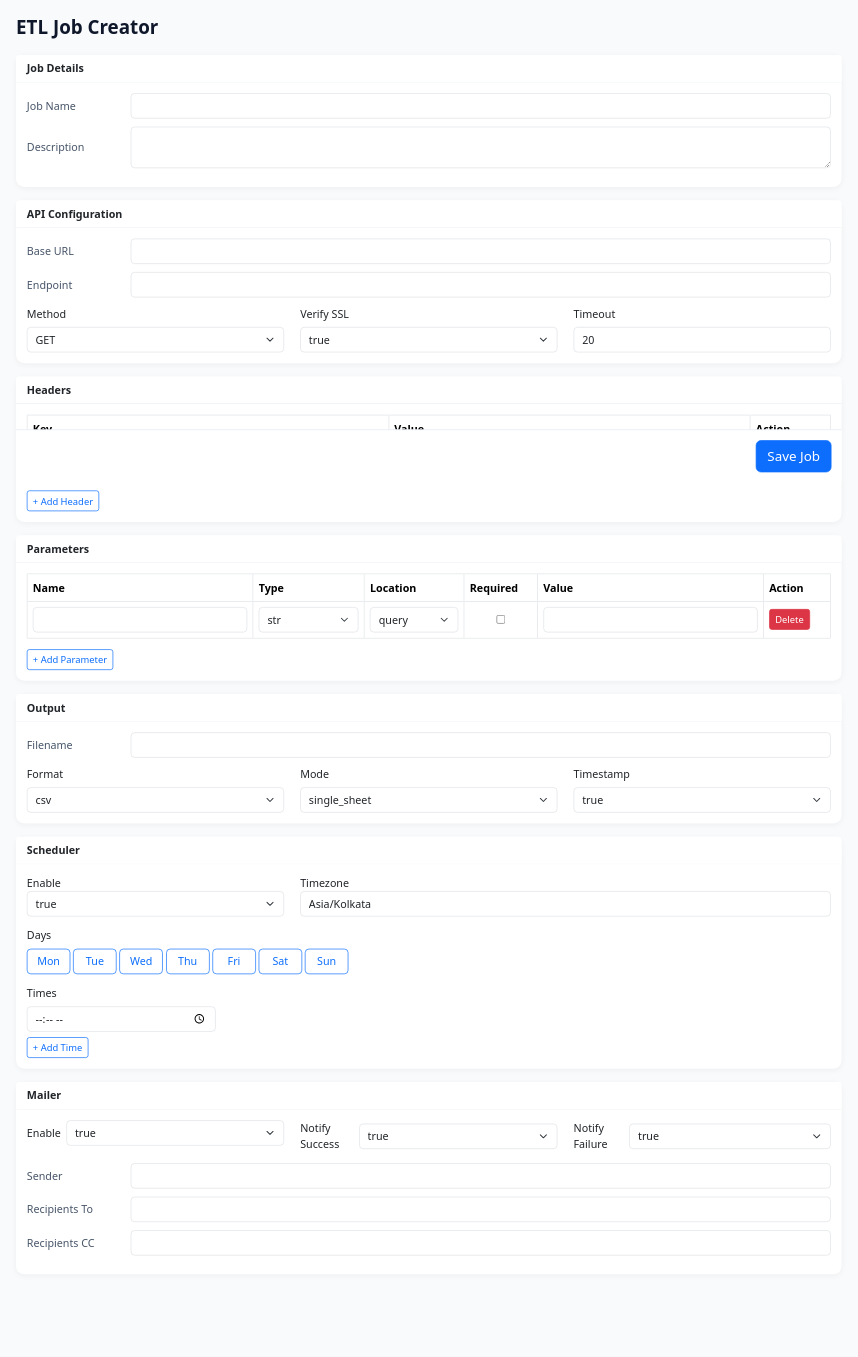
Repository: C0sCube/fetchapi
Page: example.html
An editor plug-in stored every save of this project. The page is shown before and after the next save, followed by the edit.
The browser window is 1280 px wide. The pictures show the whole page, at 67% of full size.

Above is the page before, as saved 2026-06-09 23:40:35.

After the next save:
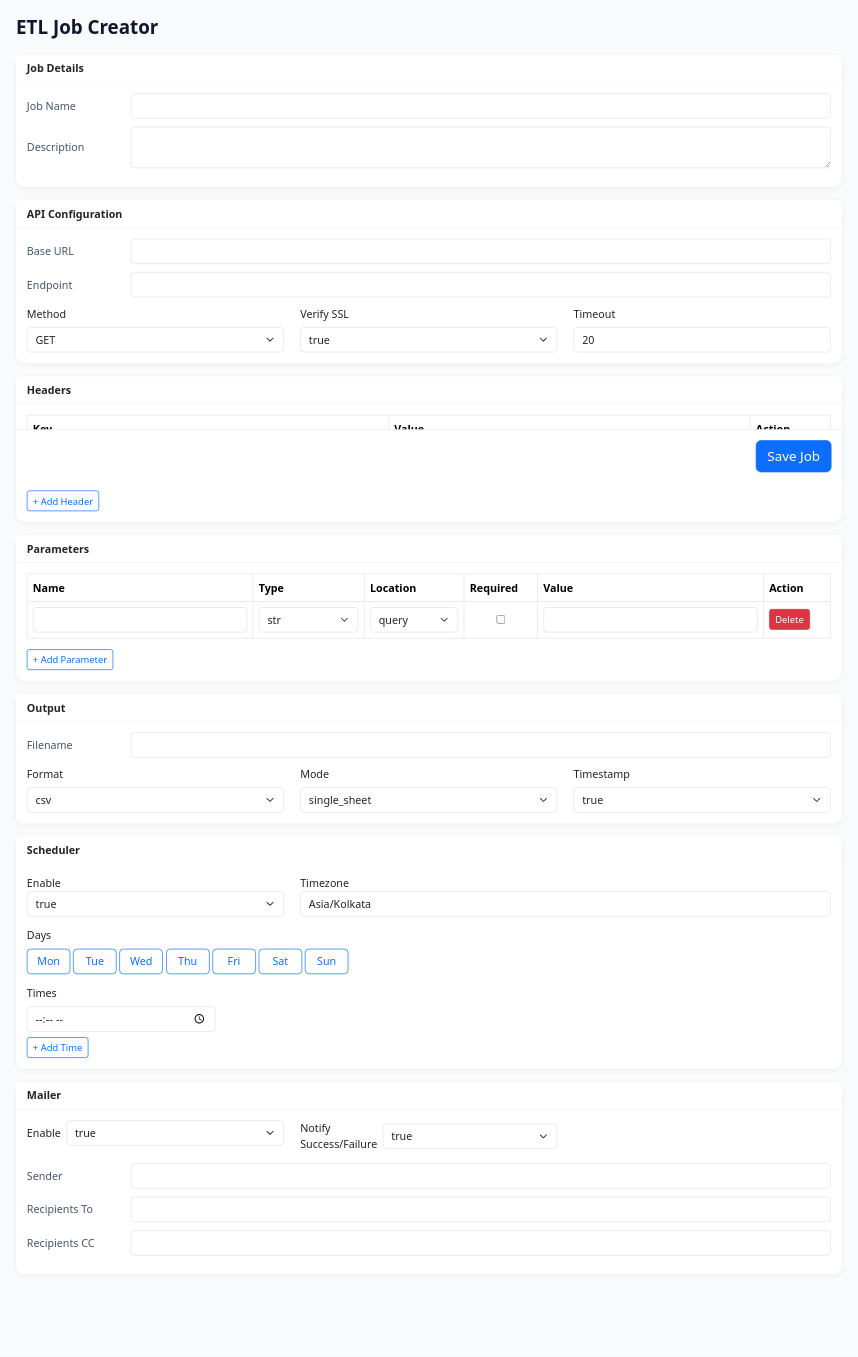
Saved 44 s later.
--- a/example.html
+++ b/example.html
@@ -457,7 +457,7 @@
                     <div class="col-md-4">
                         <div class="d-flex align-items-center gap-2">
                             <label class="mb-0 fw-medium">
-                                Notify Success
+                                Notify Success/Failure
                             </label>
 
                             <select class="form-select">
@@ -467,18 +467,7 @@
                         </div>
                     </div>
 
-                    <div class="col-md-4">
-                        <div class="d-flex align-items-center gap-2">
-                            <label class="mb-0 fw-medium">
-                                Notify Failure
-                            </label>
-
-                            <select class="form-select">
-                                <option>true</option>
-                                <option>false</option>
-                            </select>
-                        </div>
-                    </div>
+
 
                 </div>
 

After the save that followed:
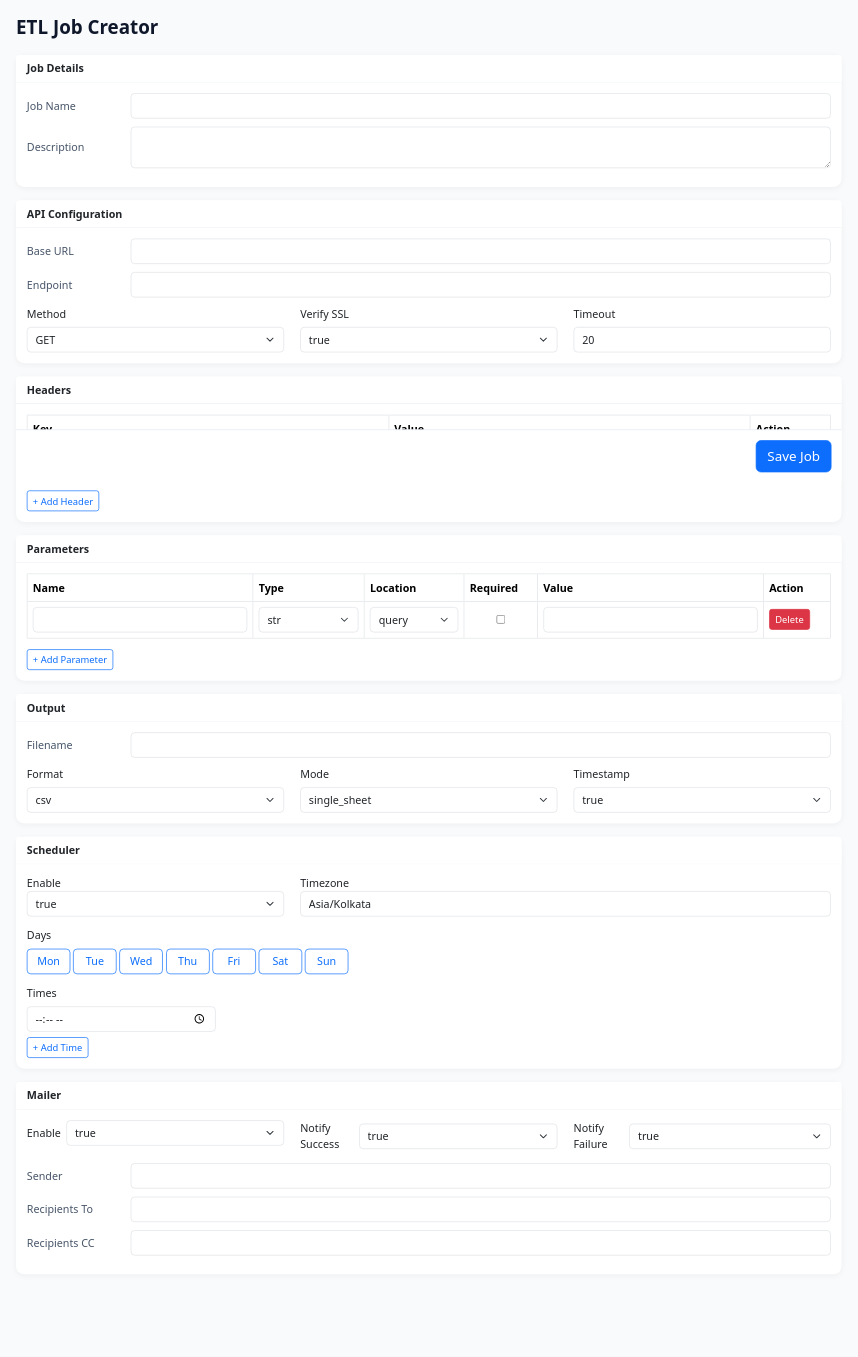
Saved 29 s later.
--- a/example.html
+++ b/example.html
@@ -457,7 +457,7 @@
                     <div class="col-md-4">
                         <div class="d-flex align-items-center gap-2">
                             <label class="mb-0 fw-medium">
-                                Notify Success/Failure
+                                Notify Success
                             </label>
 
                             <select class="form-select">
@@ -467,7 +467,18 @@
                         </div>
                     </div>
 
-
+                    <div class="col-md-4">
+                        <div class="d-flex align-items-center gap-2">
+                            <label class="mb-0 fw-medium">
+                                Notify Failure
+                            </label>
+
+                            <select class="form-select">
+                                <option>true</option>
+                                <option>false</option>
+                            </select>
+                        </div>
+                    </div>
 
                 </div>
 
